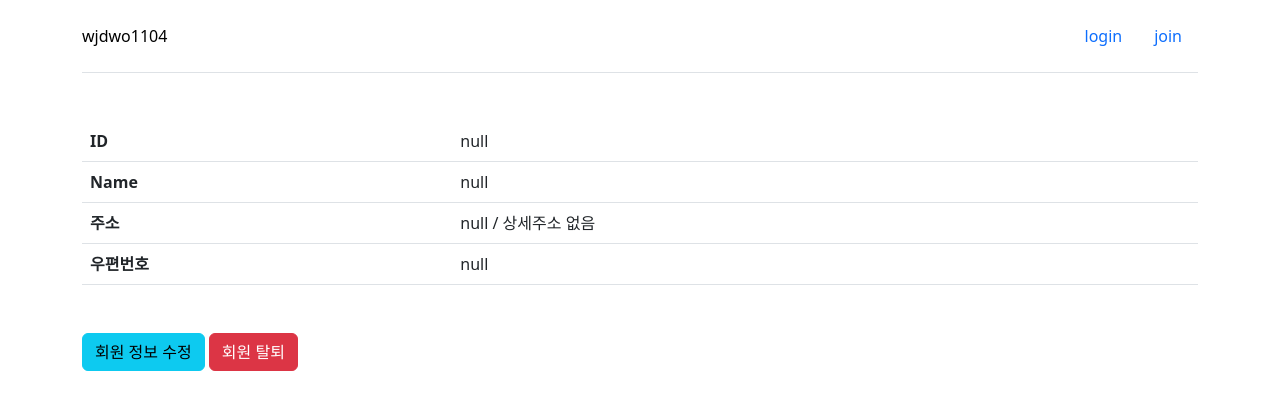
Repository: gain00/lecture1
Page: http://localhost/db-connect/info.jsp
The author's editor kept a copy of each file at every save. The page is drawn from the files as they stood at one save, then again after the next save.
The browser window is 1280 px wide. The pictures show the whole page.
The page is served by Tomcat 9. Queries for data that is not in the repository find no rows.

Above is the page before, as saved 2023-06-07 07:50:43.

After the next save:
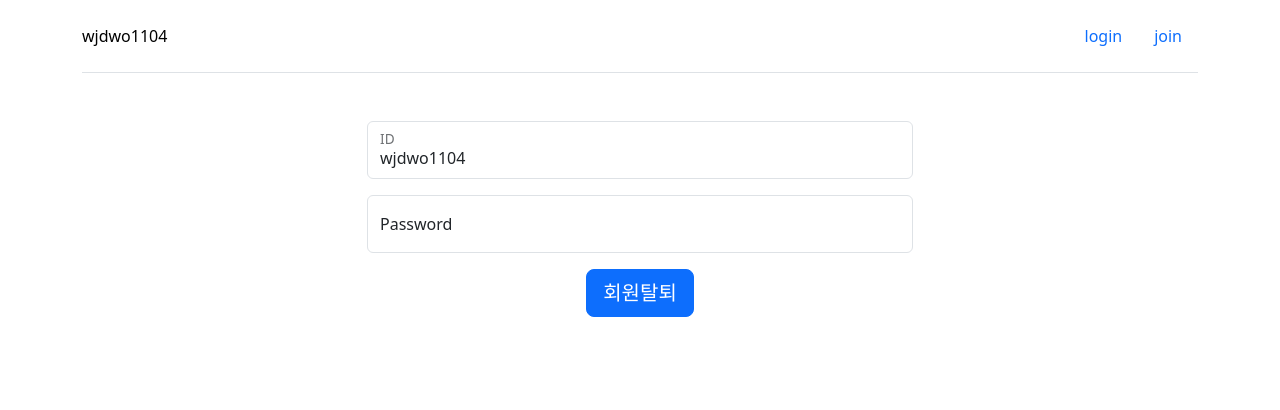
Saved 104 s later.
--- a/db-connect/src/main/webapp/info.jsp
+++ b/db-connect/src/main/webapp/info.jsp
@@ -1,77 +1,25 @@
-<!-- prettier-ignore -->
-<%@page import="java.sql.DriverManager"%>
-<%@page import="java.sql.ResultSet"%>
-<%@page import="java.sql.PreparedStatement"%>
-<%@page import="java.sql.Connection"%>
-<%@ page language="java" contentType="text/html; charset=UTF-8" pageEncoding="UTF-8"%>
-<%@ include file="include/header.jsp" %>
-<!-- prettier-ignore -->
-<%
-	//  db 접속
-
-	String pLoggedUserId =  (String) session.getAttribute("loggedUserId");
-
-	String driver = "oracle.jdbc.OracleDriver";
-	String url = "jdbc:oracle:thin:@localhost:1521:xe";
-	String id = "wjdwo1104";
-	String pw = "1234";
-
-	Connection conn = null;
-	PreparedStatement pstmt = null;
-	ResultSet rs = null;
-
-	String sql =
-			"select id,name,address,lpad(zonecode,5,'0') as changeZonecode,"
-			+ "detailAddress from member where id = ?";
-
-	Class.forName(driver);
-	conn = DriverManager.getConnection(url,id,pw);
-	pstmt = conn.prepareStatement(sql);
-	pstmt.setString(1, pLoggedUserId);
-	rs = pstmt.executeQuery();
-	String address = null;
-	String detailAddress = null;
-	String zonecode = null;
-	String name = null;
-	String allAddress =  null;
-	if(rs.next()) {
-		address = rs.getString("address");
-		detailAddress = rs.getString("detailAddress");
-		zonecode = rs.getString("changeZonecode");
-		name = rs.getString("name");
-		allAddress= address+ " / "+detailAddress;
-	}
-	if(detailAddress==null) detailAddress = "상세주소 없음";
-
-
-%>
-
-<div class="container-sm mt-5">
-  <table class="table">
-    <tbody>
-      <tr>
-        <th scope="row">ID</th>
-        <td><%= pLoggedUserId %></td>
-      </tr>
-
-      <tr>
-        <th scope="row">Name</th>
-        <td><%= name %></td>
-      </tr>
-      <tr>
-        <th scope="row">주소</th>
-        <td><%= address +" / "+ detailAddress %></td>
-      </tr>
-      <tr>
-        <th scope="row">우편번호</th>
-        <td><%= zonecode %></td>
-      </tr>
-    </tbody>
-  </table>
-  <div class="mt-5">
-    <a href="modify.jsp" class="btn btn-info">회원 정보 수정</a>
-    <a href="delete.jsp" class="btn btn-danger">회원 탈퇴</a>
-  </div>
-</div>
-
-<%@ include file="include/footer.jsp" %>
+<%@ page language="java" contentType="text/html; charset=UTF-8"
+	pageEncoding="UTF-8"%>
+<%@ include file="include/header.jsp"%>
+<form action="delete-process.jsp" method="post">
+	<div class="container-xl">
+		<div class="row mt-5 justify-content-center">
+			<div class="col-6">
+				<div class="form-floating mb-3">
+					<input type="text" name="userId" class="form-control"
+						id="floatingInput" placeholder="아이디를 입력해 주세요." value="wjdwo1104"
+						readonly /> <label for="floatingInput">ID</label>
+				</div>
+				<div class="form-floating mb-3">
+					<input type="password" name="userPw" class="form-control"
+						id="floatingPassword" placeholder="Password" /> <label
+						for="floatingPassword">Password</label>
+				</div>
+				<div class="text-center">
+					<button type="submit" class="btn btn-primary btn-lg">회원탈퇴</button>
+				</div>
+			</div>
+		</div>
+	</div>
+</form>
+<%@ include file="include/footer.jsp"%>

After the save that followed:
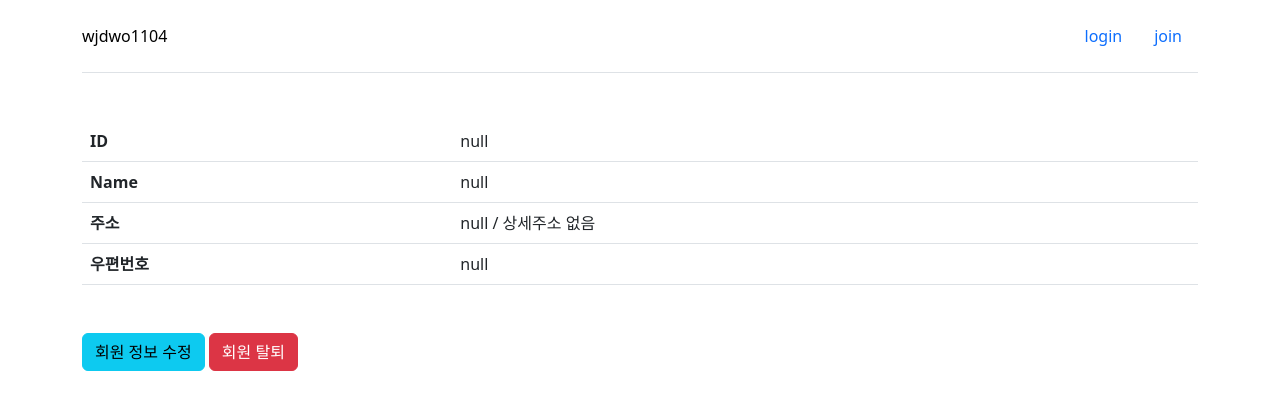
Saved 67 s later.
--- a/db-connect/src/main/webapp/info.jsp
+++ b/db-connect/src/main/webapp/info.jsp
@@ -1,25 +1,77 @@
-<%@ page language="java" contentType="text/html; charset=UTF-8"
-	pageEncoding="UTF-8"%>
-<%@ include file="include/header.jsp"%>
-<form action="delete-process.jsp" method="post">
-	<div class="container-xl">
-		<div class="row mt-5 justify-content-center">
-			<div class="col-6">
-				<div class="form-floating mb-3">
-					<input type="text" name="userId" class="form-control"
-						id="floatingInput" placeholder="아이디를 입력해 주세요." value="wjdwo1104"
-						readonly /> <label for="floatingInput">ID</label>
-				</div>
-				<div class="form-floating mb-3">
-					<input type="password" name="userPw" class="form-control"
-						id="floatingPassword" placeholder="Password" /> <label
-						for="floatingPassword">Password</label>
-				</div>
-				<div class="text-center">
-					<button type="submit" class="btn btn-primary btn-lg">회원탈퇴</button>
-				</div>
-			</div>
-		</div>
-	</div>
-</form>
-<%@ include file="include/footer.jsp"%>
+<!-- prettier-ignore -->
+<%@page import="java.sql.DriverManager"%>
+<%@page import="java.sql.ResultSet"%>
+<%@page import="java.sql.PreparedStatement"%>
+<%@page import="java.sql.Connection"%>
+<%@ page language="java" contentType="text/html; charset=UTF-8" pageEncoding="UTF-8"%>
+<%@ include file="include/header.jsp" %>
+<!-- prettier-ignore -->
+<%
+	//  db 접속
+
+	String pLoggedUserId =  (String) session.getAttribute("loggedUserId");
+
+	String driver = "oracle.jdbc.OracleDriver";
+	String url = "jdbc:oracle:thin:@localhost:1521:xe";
+	String id = "wjdwo1104";
+	String pw = "1234";
+
+	Connection conn = null;
+	PreparedStatement pstmt = null;
+	ResultSet rs = null;
+
+	String sql =
+			"select id,name,address,lpad(zonecode,5,'0') as changeZonecode,"
+			+ "detailAddress from member where id = ?";
+
+	Class.forName(driver);
+	conn = DriverManager.getConnection(url,id,pw);
+	pstmt = conn.prepareStatement(sql);
+	pstmt.setString(1, pLoggedUserId);
+	rs = pstmt.executeQuery();
+	String address = null;
+	String detailAddress = null;
+	String zonecode = null;
+	String name = null;
+	String allAddress =  null;
+	if(rs.next()) {
+		address = rs.getString("address");
+		detailAddress = rs.getString("detailAddress");
+		zonecode = rs.getString("changeZonecode");
+		name = rs.getString("name");
+		allAddress= address+ " / "+detailAddress;
+	}
+	if(detailAddress==null) detailAddress = "상세주소 없음";
+
+
+%>
+
+<div class="container-sm mt-5">
+  <table class="table">
+    <tbody>
+      <tr>
+        <th scope="row">ID</th>
+        <td><%= pLoggedUserId %></td>
+      </tr>
+
+      <tr>
+        <th scope="row">Name</th>
+        <td><%= name %></td>
+      </tr>
+      <tr>
+        <th scope="row">주소</th>
+        <td><%= address +" / "+ detailAddress %></td>
+      </tr>
+      <tr>
+        <th scope="row">우편번호</th>
+        <td><%= zonecode %></td>
+      </tr>
+    </tbody>
+  </table>
+  <div class="mt-5">
+    <a href="modify.jsp" class="btn btn-info">회원 정보 수정</a>
+    <a href="delete.jsp" class="btn btn-danger">회원 탈퇴</a>
+  </div>
+</div>
+
+<%@ include file="include/footer.jsp" %>
